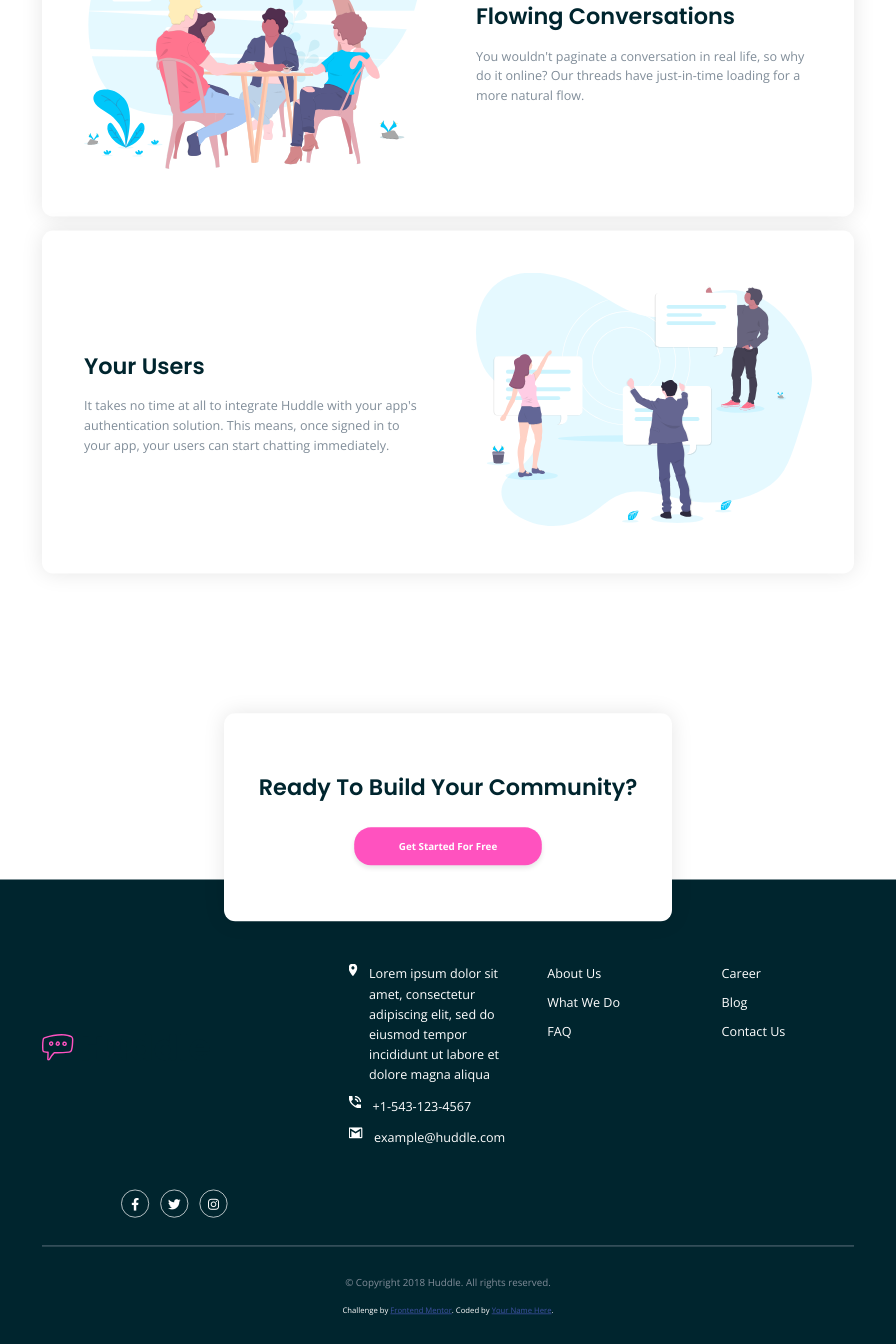
Repository: blordeus/huddle-landing-page
Page: index.html
An editor plug-in stored every save of this project. The page is shown before and after the next save, followed by the edit.
The browser window is 1280 px wide. The pictures show the part of the page from y = 1509 to 3429 px (the page is 3429 px tall before and 3242 px after), at 70% of full size.

Above is the page before, as saved 2025-07-01 11:21:07.

### index.html
<!DOCTYPE html>
<html lang="en">
<head>
  <meta charset="UTF-8">
  <meta name="viewport" content="width=device-width, initial-scale=1.0">
  <link rel="icon" type="image/png" sizes="32x32" href="./images/favicon-32x32.png">
  <title>Frontend Mentor | Huddle landing page with alternating feature blocks</title>

  <!-- Google Fonts -->
  <link rel="preconnect" href="https://fonts.googleapis.com">
  <link rel="preconnect" href="https://fonts.gstatic.com" crossorigin>
  <link href="https://fonts.googleapis.com/css2?family=Poppins:wght@600&family=Open+Sans:wght@400;700&display=swap" rel="stylesheet">
  <link rel="stylesheet" type="text/css" href="styles.css" />

  <!-- Font Awesome for social icons -->
  <link rel="stylesheet" href="https://cdnjs.cloudflare.com/ajax/libs/font-awesome/6.0.0/css/all.min.css">
</head>

<body>
  <!-- Header -->
  <header class="header">
    <div class="container">
      <div class="header-content">
        <img src="./images/logo.svg" alt="Logo">
        <a href="#" class="btn btn-outline">Try It Free</a>
      </div>
    </div>
  </header>

  <!-- Hero Section -->
  <section class="hero">
    <div class="container">
      <div class="hero-content">
        <div class="hero-text">
          <h1>Build The Community Your Fans Will Love</h1>
          <p>Huddle re-imagines the way we build communities. You have a voice, but so does your audience. Create connections with your users as you engage in genuine discussion.</p>
          <a href="#" class="btn">Get Started For Free</a>
        </div>
        <div class="hero-image">
          <img src="./images/illustration-mockups.svg" alt="Desktop and mobile chat interface showing community conversations">
        </div>
      </div>
    </div>
  </section>

  <!-- Features Section -->
  <section class="features">
    <div class="container">
      <div class="feature">
        <div class="feature-content">
          <h2>Grow Together</h2>
          <p>Generate meaningful discussions with your audience and build a strong, loyal community. Think of the insightful conversations you miss out on with a feedback form.</p>
        </div>
        <div class="feature-image">
          <img src="./images/illustration-grow-together.svg" alt="Illustration of people having meaningful conversations and building community">
        </div>
      </div>

      <div class="feature">
        <div class="feature-content">
          <h2>Flowing Conversations</h2>
          <p>You wouldn't paginate a conversation in real life, so why do it online? Our threads have just-in-time loading for a more natural flow.</p>
        </div>
        <div class="feature-image">
          <img src="./images/illustration-flowing-conversation.svg" alt="Illustration of natural flowing conversation interface with seamless chat threads">
        </div>
      </div>

      <div class="feature">
        <div class="feature-content">
          <h2>Your Users</h2>
          <p>It takes no time at all to integrate Huddle with your app's authentication solution. This means, once signed in to your app, your users can start chatting immediately.</p>
        </div>
        <div class="feature-image">
          <img src="./images/illustration-your-users.svg" alt="Illustration showing easy user authentication and immediate chat access">
        </div>
      </div>
    </div>
  </section>

  <!-- Call to Action -->
  <section class="cta">
    <div class="container">
      <h2>Ready To Build Your Community?</h2>
      <a href="#" class="btn">Get Started For Free</a>
    </div>
  </section>

  <!-- Footer -->
  <footer class="footer">
    <div class="container">
      <div class="footer-content">
        <a href="#" class="footer-logo">
            <img src="./images/logo.svg" alt="">
          </a>
        <div class="footer-info">
          <div class="contact-info">
            <div class="contact-item">
              <img src="./images/icon-location.svg" alt="">
              <p>Lorem ipsum dolor sit amet, consectetur adipiscing elit, sed do eiusmod tempor incididunt ut labore et dolore magna aliqua</p>
            </div>
            <div class="contact-item">
              <img src="./images/icon-phone.svg" alt="">
              <p>+1-543-123-4567</p>
            </div>
            <div class="contact-item">
              <img src="./images/icon-email.svg" alt="">
              <p>example@huddle.com</p>
            </div>
          </div>
        </div>

        <div class="footer-links">
          <a href="#">About Us</a>
          <a href="#">What We Do</a>
          <a href="#">FAQ</a>
        </div>

        <div class="footer-links">
          <a href="#">Career</a>
          <a href="#">Blog</a>
          <a href="#">Contact Us</a>
        </div>

        <div class="social-icons">
          <a href="#" class="social-icon" aria-label="Facebook">
            <i class="fab fa-facebook-f"></i>
          </a>
          <a href="#" class="social-icon" aria-label="Twitter">
            <i class="fab fa-twitter"></i>
          </a>
          <a href="#" class="social-icon" aria-label="Instagram">
            <i class="fab fa-instagram"></i>
          </a>
        </div>
      </div>

      <div class="copyright">
        <p>&copy; Copyright 2018 Huddle. All rights reserved.</p>
      </div>
    </div>

    <p class="attribution">
      Challenge by <a href="https://www.frontendmentor.io?ref=challenge" target="_blank">Frontend Mentor</a>.
      Coded by <a href="#">Your Name Here</a>.
    </p>
  </footer>
</body>
</html>

### styles.css
    * {
      margin: 0;
      padding: 0;
      box-sizing: border-box;
    }

    body {
      font-family: 'Open Sans', sans-serif;
      font-size: 18px;
      line-height: 1.6;
      color: hsl(192, 100%, 9%);
    }

    .container {
      max-width: 1200px;
      margin: 0 auto;
      padding: 0 20px;
    }

    /* Header */
    .header {
      background: hsl(193, 100%, 96%);
      padding: 24px 0;
    }

    .header-content {
      display: flex;
      justify-content: space-between;
      align-items: center;
    }

    .header-content img {
      height: 40px;
    }

    .btn {
      background: hsl(322, 100%, 66%);
      color: white;
      border: none;
      padding: 12px 48px;
      border-radius: 24px;
      font-family: 'Open Sans', sans-serif;
      font-weight: 700;
      font-size: 14px;
      cursor: pointer;
      text-decoration: none;
      display: inline-block;
      transition: opacity 0.3s ease;
      box-shadow: 0 4px 8px rgba(0, 0, 0, 0.1);
    }

    .btn:hover {
      opacity: 0.8;
    }

    .btn-outline {
      background: white;
      box-shadow: 0 4px 8px rgba(0, 0, 0, 0.1);
      color: #00252E;
    }

    .btn-outline:hover {
      color: #808E9A;
    }

    /* Hero Section */
    .hero {
      background: hsl(199, 100%, 96%);
      background-image: url('./images/bg-hero.svg');
      background-size: cover;
      background-position: center;
      padding: 80px 0 120px;
    }

    .hero-content {
      display: grid;
      grid-template-columns: 1fr 1fr;
      gap: 80px;
      align-items: center;
    }

    .hero-text h1 {
      font-family: 'Poppins', sans-serif;
      font-weight: 600;
      font-size: 48px;
      line-height: 1.2;
      margin-bottom: 24px;
      color: hsl(192, 100%, 9%);
    }

    .hero-text p {
      font-size: 18px;
      color: hsl(192, 100%, 9%);
      margin-bottom: 32px;
      line-height: 1.6;
    }

    .hero-image {
      text-align: center;
    }

    .hero-image img {
      max-width: 100%;
      height: auto;
    }

    /* Features Section */
    .features {
      padding: 120px 0;
    }

    .feature {
      display: grid;
      grid-template-columns: 1fr 1fr;
      gap: 80px;
      align-items: center;
      margin-bottom: 20px;
      background: white;
      padding: 60px;
      border-radius: 16px;
      box-shadow: 0 0 30px rgba(0, 0, 0, 0.1);
    }

    .feature:nth-child(even) .feature-content {
      order: 2;
    }

    .feature:nth-child(even) .feature-image {
      order: 1;
    }

    .feature h2 {
      font-family: 'Poppins', sans-serif;
      font-weight: 600;
      font-size: 32px;
      margin-bottom: 16px;
      color: hsl(192, 100%, 9%);
    }

    .feature p {
      color: hsl(208, 11%, 55%);
      line-height: 1.6;
    }

    .feature-image {
      text-align: center;
    }

    .feature-image img {
      max-width: 100%;
      height: auto;
    }

    /* Call to Action */
    .cta {
      text-align: center;
      padding: 80px 0;
      background: white;
      width: 50%;
      margin: 0 auto;
      box-sizing: border-box;
      border-radius: 16px;
      box-shadow: 0 0 30px rgba(0, 0, 0, 0.1);
      position: relative;
      z-index: 2;
      transform: translateY(20%);
    }

    .cta a {
      background: hsl(322, 100%, 66%);
      color: white;
      padding: 16px 64px;
      border-radius: 24px;
      font-family: 'Open Sans', sans-serif;
      font-weight: 700;
      font-size: 14px;
      cursor: pointer;
      text-decoration: none;
      display: inline-block;
      transition: opacity 0.3s ease;
      box-shadow: 0 4px 8px rgba(0, 0, 0, 0.1);

    }

    .cta h2 {
      font-family: 'Poppins', sans-serif;
      font-weight: 600;
      font-size: 32px;
      margin-bottom: 32px;
      color: hsl(192, 100%, 9%);
    }

    /* Footer */
    .footer {
      background: hsl(192, 100%, 9%);
      color: white;
      padding: 120px 0 40px;
    }

    .footer-content {
      display: grid;
      grid-template-columns: 2fr 1fr 1fr 1fr;
      gap: 60px;
      margin-bottom: 40px;
    }

    .footer-logo {
      display: flex;
      align-items: center;
      gap: 8px;
      font-family: 'Poppins', sans-serif;
      font-weight: 600;
      font-size: 24px;
      color: white;
      text-decoration: none;
      margin-bottom: 24px;
    }

    .footer-logo .logo-icon {
      background: white;
      color: hsl(322, 100%, 66%);
    }

    .contact-info {
      display: flex;
      flex-direction: column;
      gap: 16px;
    }

    .contact-item {
      display: flex;
      align-items: flex-start;
      gap: 16px;
    }

    .contact-item i {
      margin-top: 4px;
      width: 16px;
    }

    .footer-links {
      display: flex;
      flex-direction: column;
      gap: 12px;
    }

    .footer-links a {
      color: white;
      text-decoration: none;
      transition: color 0.3s ease;
    }

    .footer-links a:hover {
      color: hsl(322, 100%, 66%);
    }

    .social-icons {
      display: flex;
      gap: 16px;
      justify-content: center;
    }

    .social-icon {
      width: 40px;
      height: 40px;
      border: 1px solid white;
      border-radius: 50%;
      display: flex;
      align-items: center;
      justify-content: center;
      color: white;
      text-decoration: none;
      transition: all 0.3s ease;
    }

    .social-icon:hover {
      color: hsl(322, 100%, 66%);
      border-color: hsl(322, 100%, 66%);
    }

    .copyright {
      text-align: center;
      font-size: 14px;
      color: hsl(208, 11%, 55%);
      padding-top: 40px;
      border-top: 1px solid hsl(208, 11%, 55%);
    }

    .attribution {
      font-size: 11px;
      text-align: center;
      margin-top: 20px;
    }

    .attribution a {
      color: hsl(228, 45%, 44%);
    }

    /* Responsive Design */
    @media (max-width: 768px) {
      .container {
        padding: 0 16px;
      }

      .hero {
        background-image: url('./images/bg-hero.svg');
      }

      .header-content {
        flex-direction: column;
        gap: 20px;
      }

      .hero-content {
        grid-template-columns: 1fr;
        gap: 40px;
        text-align: center;
      }

      .hero-text h1 {
        font-size: 32px;
      }

      .feature {
        grid-template-columns: 1fr;
        gap: 40px;
        padding: 40px 20px;
        text-align: center;
      }

      .feature:nth-child(even) .feature-content,
      .feature:nth-child(even) .feature-image {
        order: unset;
      }

      .footer-content {
        grid-template-columns: 1fr;
        gap: 40px;
        text-align: center;
      }

      .social-icons {
        justify-content: center;
      }

      .cta {
        margin: 0 16px;
        padding: 40px 20px;
      }

      .cta h2 {
        font-size: 24px;
      }
    }

After the next save:
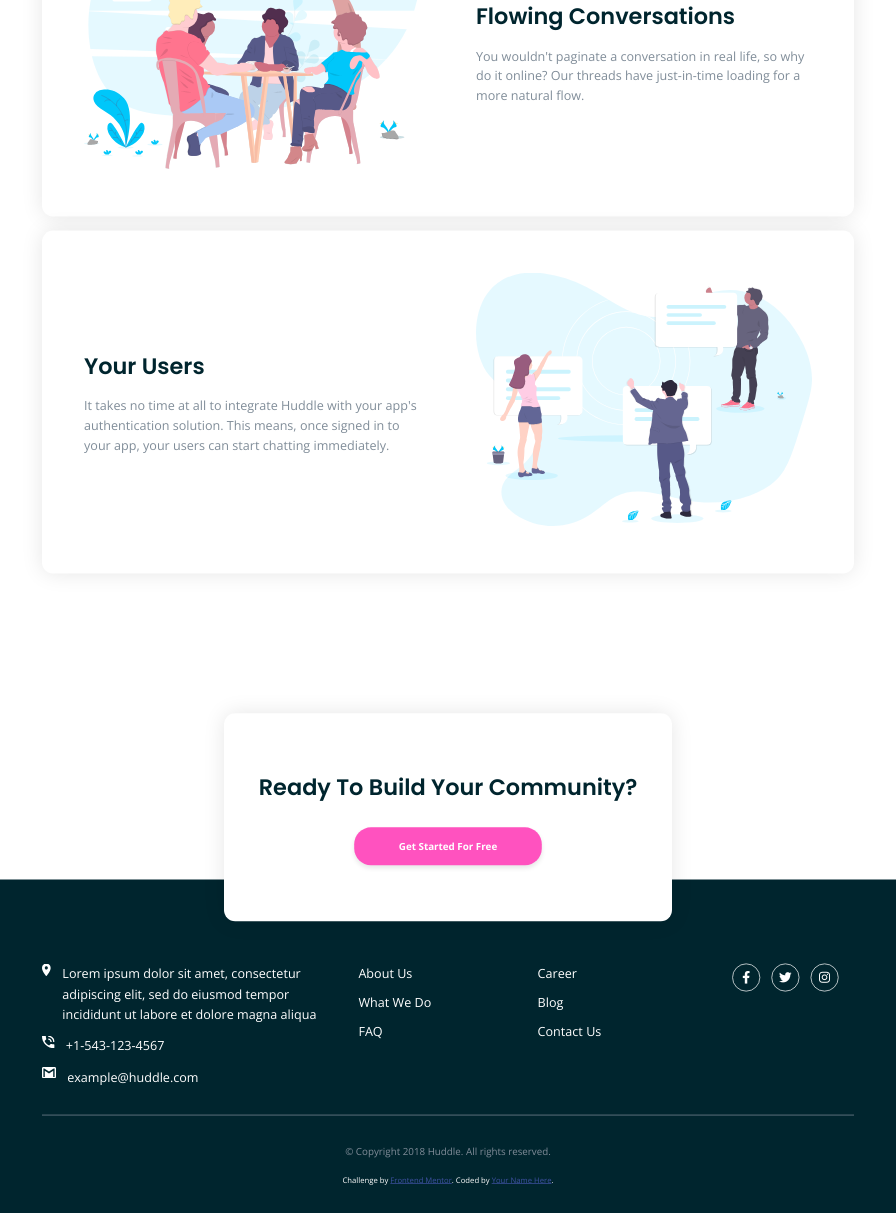
Saved 4 s later.
--- a/index.html
+++ b/index.html
@@ -90,9 +90,7 @@
   <footer class="footer">
     <div class="container">
       <div class="footer-content">
-        <a href="#" class="footer-logo">
-            <img src="./images/logo.svg" alt="">
-          </a>
+
         <div class="footer-info">
           <div class="contact-info">
             <div class="contact-item">
